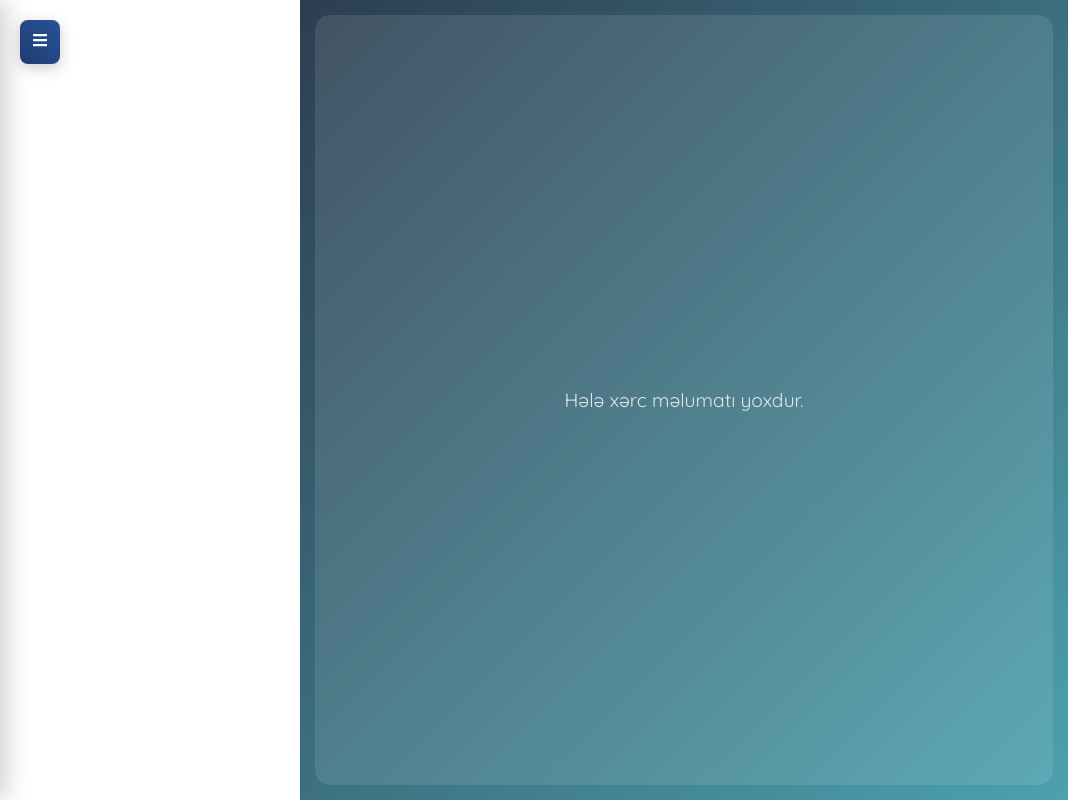
Repository: ferhadsultan98/financialmanagement
Page: /
The author's editor kept a copy of each file at every save. The page is drawn from the files as they stood at one save, then again after a run of saves.
The browser window is 768 px wide. The page is 1068 px wide, then 768 px, so the pictures cover 1068 px, including what lies to the right of the window. The pictures show the whole page.
The project was rebuilt for these pictures with package versions that can differ from the ones it lists, and the page was loaded fresh each time. Also part of the build but not shown: vite.config.js, src/Components/Sidebar/ProfileModal.jsx, src/Pages/AddExpense/AddExpense.jsx, src/Pages/ExpenseDetails/ExpenseDetails.jsx, src/Pages/About/About.jsx, src/Components/Login/Login.jsx.

Above is the page before, as saved 2025-03-24 03:31:16.

After the next 4 saves:
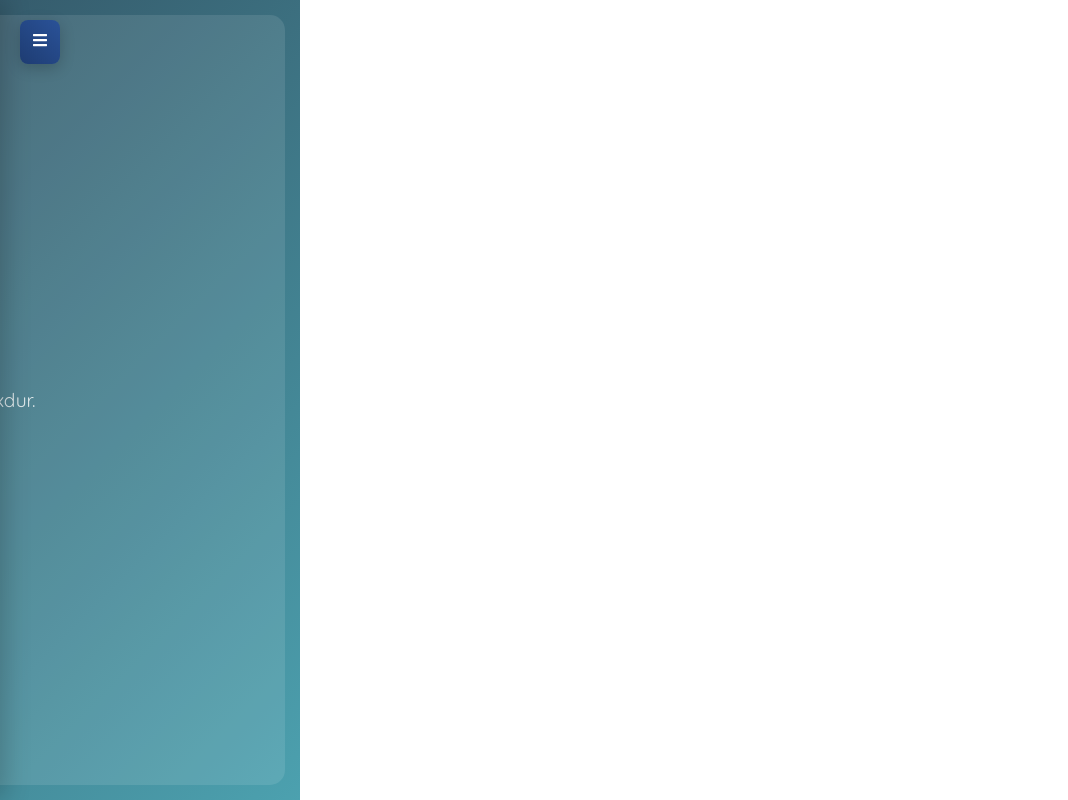
The 4 saves are shown as one change because they came seconds apart.
The last was saved 2 min 43 s later.
--- a/src/Styles/MainLayout.scss
+++ b/src/Styles/MainLayout.scss
@@ -1,12 +1,15 @@
-.main-content{
+.layout {
+  position: relative;
+  .main-content {
     position: absolute;
     top: 0;
     right: 0;
     width: calc(100vw - 300px);
     height: 100vh;
+  }
+  @media (max-width: 768px) {
+    .main-content {
+      background-color: red;
+    }
+  }
 }
- @media (max-width: 768px) {
-    .main-content{
-        background-color: red;
-    }
- }
